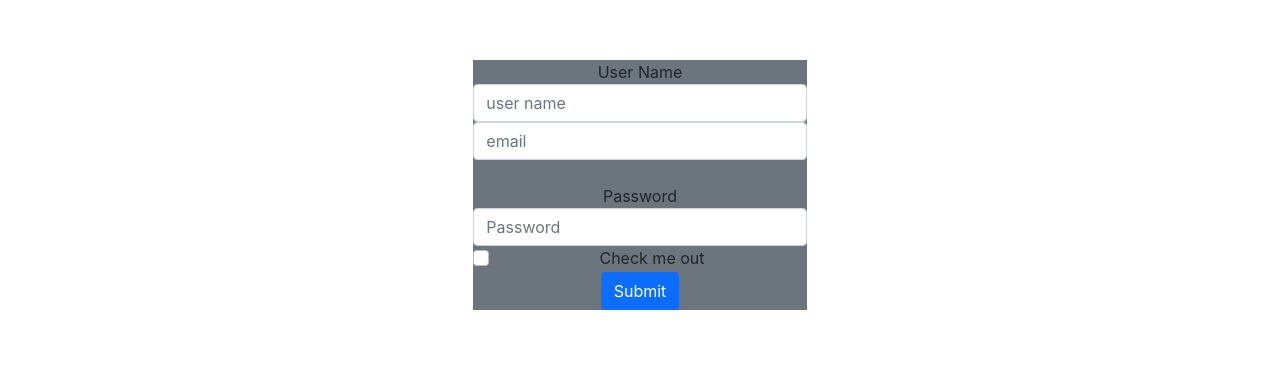
Repository: Osomhe1/bitmama2
Page: /
These files come from the project's save history. The page is drawn as it stood at one moment and after the next save; the edit follows.
The browser window is 1280 px wide. The pictures show the whole page.
The project was rebuilt for these pictures with package versions that can differ from the ones it lists, and the page was loaded fresh each time. Also part of the build but not shown: src/component/Logout.js.

Above is the page before, as saved 2022-05-10 10:58:43.

### src/index.js
import React from 'react';
import ReactDOM from 'react-dom/client';
import 'bootstrap/dist/css/bootstrap.min.css';
import './index.css';
import App from './App';
import reportWebVitals from './reportWebVitals';
import { Provider } from 'react-redux';
import store from './app/store'

const root = ReactDOM.createRoot(document.getElementById('root'));
root.render(
  <React.StrictMode>
    <Provider store={store}>
      <App />
    </Provider>
  </React.StrictMode>
)

// If you want to start measuring performance in your app, pass a function
// to log results (for example: reportWebVitals(console.log))
// or send to an analytics endpoint. Learn more: https://bit.ly/CRA-vitals
reportWebVitals();

### src/App.js
import { useSelector } from 'react-redux';
import './App.css';
import Login from './component/Login';
import Logout from './component/Logout';
import { selectUser } from './featuers/slice';

function App() {

  const user = useSelector(selectUser)

  return <div className='App'>
    {user ? <Logout /> : <Login />}
  </div>
}

export default App;

### src/app/store.js
import { configureStore } from "@reduxjs/toolkit";
import  userReducer  from "../featuers/slice";

export default configureStore({
    reducer:{
        user : userReducer
    },
})

### src/App.css
.App {
  text-align: center;
  max-width: 1000px;
  margin: auto;
}

.login-form{
  margin-top: 60px !important;
  padding: auto !important;

}

.user__name{
  color: blueviolet !important;
}

### src/component/Login.js
import React, { useState } from 'react'
import { useDispatch } from 'react-redux'
import { login } from '../featuers/slice'

export default function Login() {

    const [user_name, setUser_name] = useState('')
    const [email, setEmail] = useState('')
    const [password, setPassword] = useState('')

    const dispatch = useDispatch

    const handleSubmit =(e) =>{
        e.preventDefault();
        dispatch(login({
            name:user_name,
            email:email,
            password:password,
            loggedIn:true

        }))

    }

  return (
    <div>
      <form onSubmit={handleSubmit} className='col-sm-12 col-md-6 col-lg-4 m-auto mt-10 bg-secondary login-form'>
        <div className='form-group'>
          <label htmlFor='inputUser_nameLabel'>User Name</label>
          <input
            type='name'
            className='form-control'
            id='inputUser_name'
            aria-describedby='emailHelp'
            placeholder='user name'
            value={user_name}
            onChange={(e) => setUser_name(e.target.value)}
          />
          <input
            type='email'
            className='form-control'
            id='inputEmail'
            aria-describedby='emailHelp'
            placeholder='email'
            value={email}
            onChange={(e) => setEmail(e.target.value)}
          />
          <small id='emailHelp' className='form-text text-muted'>
            We'll never share your email with anyone else.
          </small>
        </div>
        <div className='form-group'>
          <label htmlFor='inputPasswordLabel'>Password</label>
          <input
            type='password'
            className='form-control'
            id='inputPassword'
            placeholder='Password'
            value={password}
            onChange={(e) => setPassword(e.target.value)}
          />
        </div>
        <div className='form-check'>
          <input
            type='checkbox'
            className='form-check-input'
            id='exampleCheck1'
          />
          <label className='form-check-label' htmlFor='exampleCheck1'>
            Check me out
          </label>
        </div>
        <button type='submit' className='btn btn-primary'>
          Submit
        </button>
      </form>
    </div>
  )
}

### src/featuers/slice.js
import { createSlice } from "@reduxjs/toolkit";

export const userSlice = createSlice({
    name:'user',
    initialState:{
        user:null
    },
    reducers:{
        login:(state, action) =>{
            state.user = action.payload;
        },
        logout:(state) =>{
            state.user = null
        }
    }
})

export const { login , logout} = userSlice.action || {};

export const selectUser = (state) => state.user.user;
export default userSlice.reducer;

Loaded but not shown: public/index.html (common file); src/index.css (common file); src/reportWebVitals.js (common file)

After the next save:
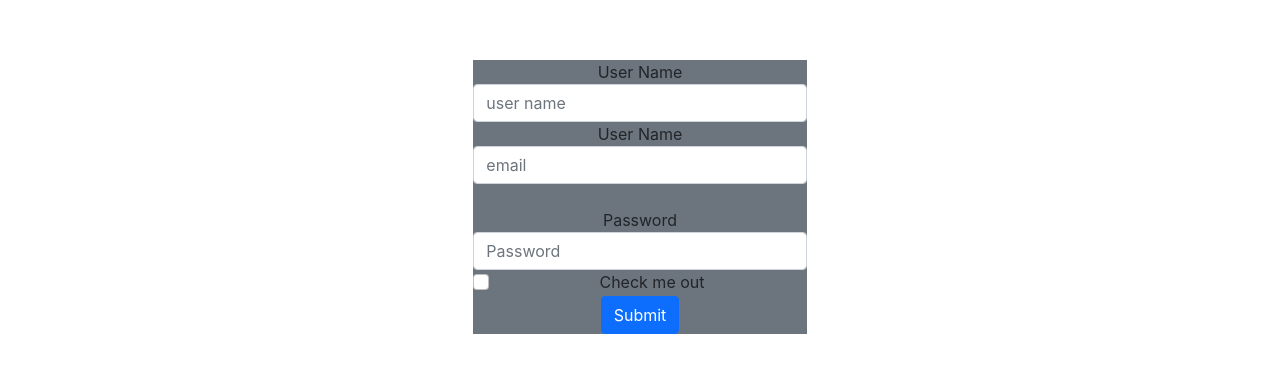
Saved 23 s later.
--- a/src/component/Login.js
+++ b/src/component/Login.js
@@ -24,7 +24,10 @@ export default function Login() {
 
   return (
     <div>
-      <form onSubmit={handleSubmit} className='col-sm-12 col-md-6 col-lg-4 m-auto mt-10 bg-secondary login-form'>
+      <form
+        onSubmit={handleSubmit}
+        className='col-sm-12 col-md-6 col-lg-4 m-auto mt-10 bg-secondary login-form'
+      >
         <div className='form-group'>
           <label htmlFor='inputUser_nameLabel'>User Name</label>
           <input
@@ -36,6 +39,7 @@ export default function Login() {
             value={user_name}
             onChange={(e) => setUser_name(e.target.value)}
           />
+          <label htmlFor='inputUser_nameLabel'>User Name</label>
           <input
             type='email'
             className='form-control'
